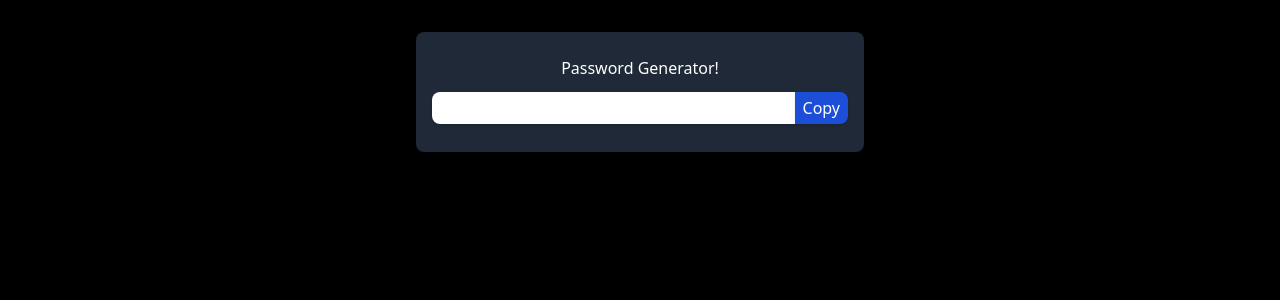
Repository: tirth2014/chai-aur-react
Page: / (app in 05_password-generator/)
These files come from the project's save history. The page is drawn as it stood at one moment and after the next save; the edit follows.
The browser window is 1280 px wide. The pictures show the whole page.
The project was rebuilt for these pictures with package versions that can differ from the ones it lists, and the page was loaded fresh each time. Also part of the build but not shown: 05_password-generator/vite.config.js.

Above is the page before, as saved 2023-10-07 16:47:22.

After the next save:
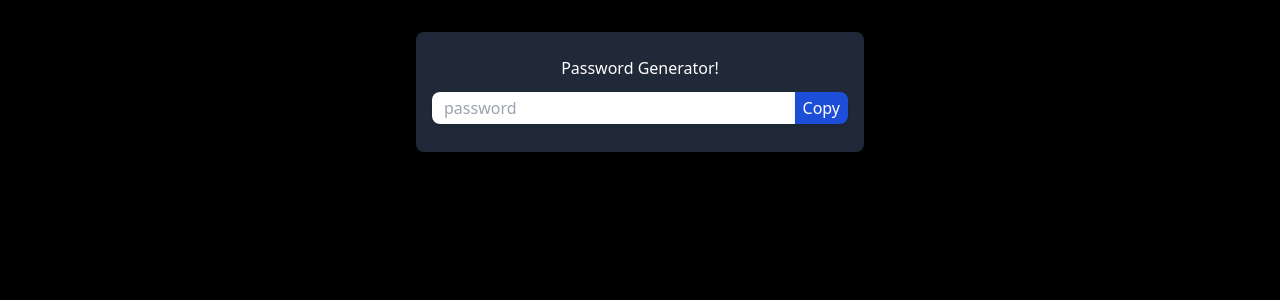
Saved 24 s later.
--- a/05_password-generator/src/App.jsx
+++ b/05_password-generator/src/App.jsx
@@ -17,9 +17,10 @@ function App() {
           <input
           type="text"
           value={password}
+          placeholder='password'
           className='outline-none w-full py-1 px-3'
           />
-                  <button className='outline-none shadow bg-blue-700 text-white px-2 py-1 shrink-0'>Copy</button>
+                  <button className='outline-none shadow bg-blue-700 text-white px-2 py-1 shrink-0  '>Copy</button>
 
         </div>
       </div>
